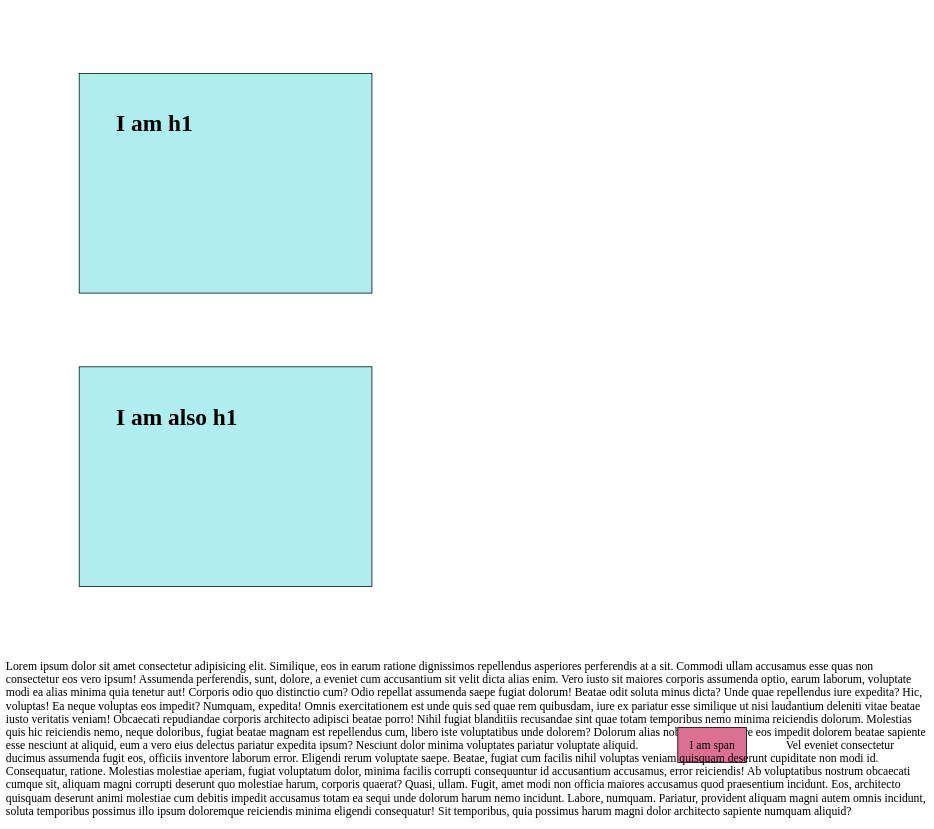
Repository: zhFIsHappy/UdemyFullStack
Page: app2.html
These files come from the project's save history. The page is drawn as it stood at one moment and after a run of saves; the edit follows.
The browser window is 1280 px wide. The pictures show the whole page, at 73% of full size.

Above is the page before, as saved 2022-03-24 11:07:53.

After the next 2 saves:
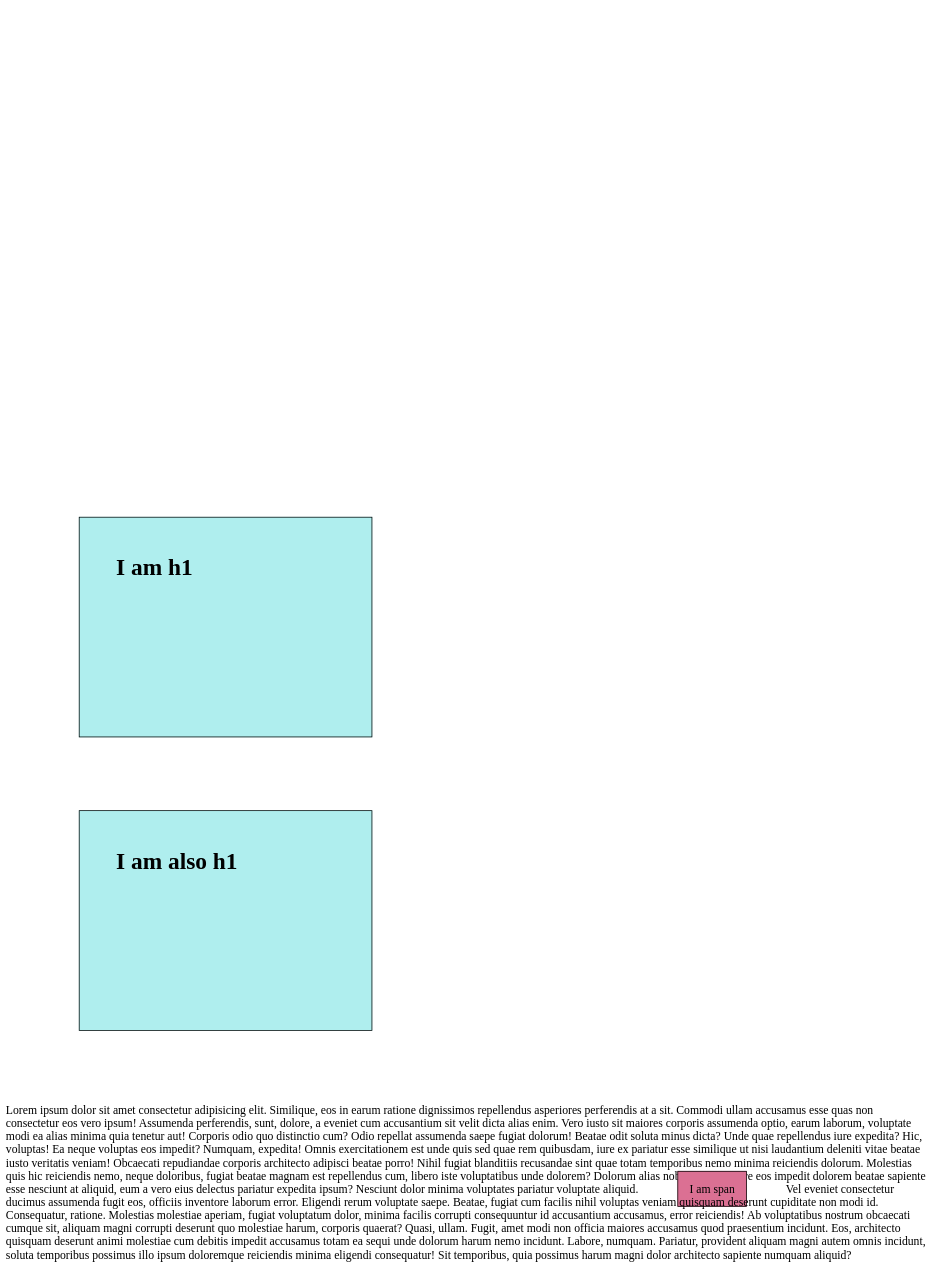
The 2 saves are shown as one change because they came seconds apart.
The last was saved 12 s later.
--- a/app2.css
+++ b/app2.css
@@ -15,5 +15,7 @@ h1{
     margin: 100px;
 }
 div{
-
+    height: 200px;
+    width: 200px;
+    back
 }
